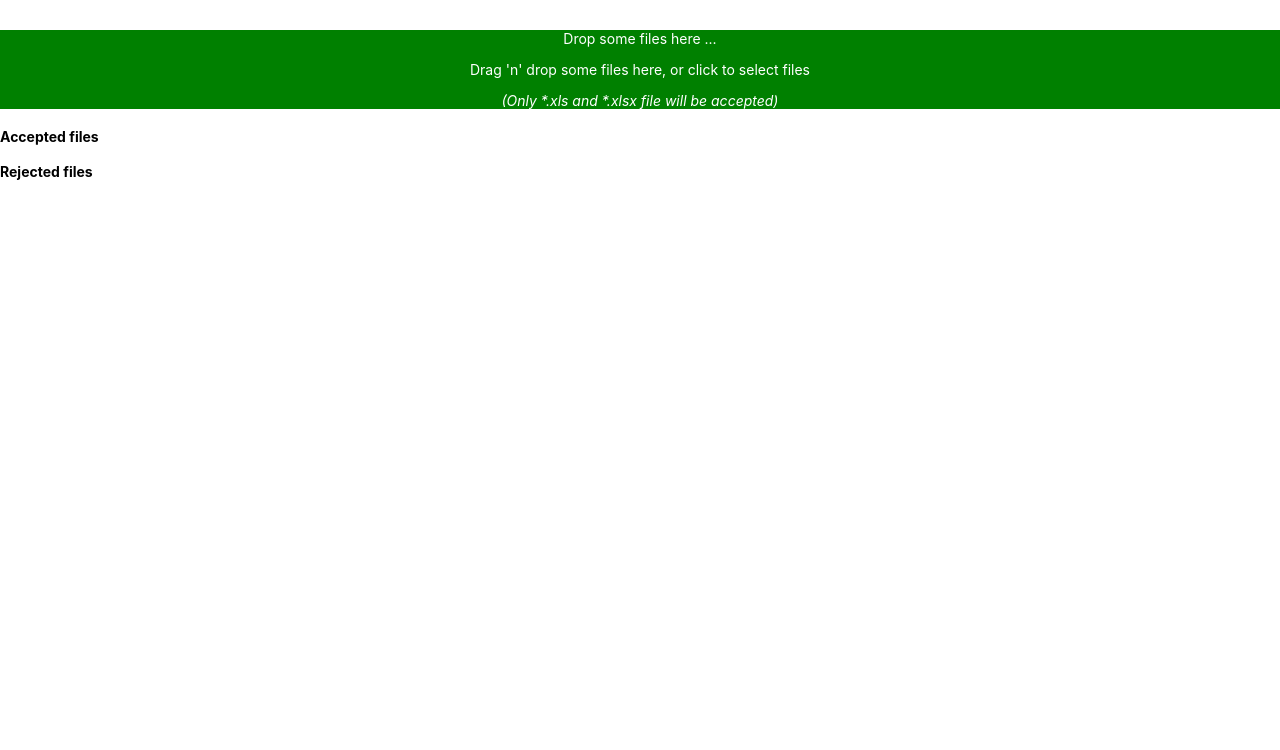
Repository: enigmawxy/abi2020
Page: /
The author's editor kept a copy of each file at every save. The page is drawn from the files as they stood at one save, then again after the next save.
The browser window is 1280 px wide. The pictures show the whole page.
The page's requests for data from a server got no answer. The project was rebuilt for these pictures with package versions that can differ from the ones it lists, and the page was loaded fresh each time. No one was signed in, and anything a server would have sent is missing. Also part of the build but not shown: src/components/login/login.scss, src/components/login/login.jsx, src/common/header.scss, src/common/header.jsx, src/common/footer.scss, src/common/footer.jsx, src/components/register/content.scss, src/components/register/content.jsx and 3 more.

Above is the page before, as saved 2020-08-19 10:42:00.

### src/App.js
import React from 'react';
import './App.css';
import Login from './components/login/login'
import Register from './components/register/register';
import Accept from './common/Accept';
import Previews from './common/Previews'

function App() {
  return (
    <div className="App">
      <Accept/>
    </div>
  );
}

export default App;

### src/common/Accept.jsx
import React, { useState, useEffect } from 'react';
import {useDropzone} from 'react-dropzone';
import './Accept.scss'

function Accept(props) {
  const [uploaded, setUpload] = useState({uploaded: false})
  const [progress, setProgress] = useState({progress: "0%"})
  const [info, setInfo] = useState({info: ""})
  const [curr, setFile] = useState('')
  const [currFile, setCurrFile] = useState(null)

  const {
    acceptedFiles,
    fileRejections,
    getRootProps,
    getInputProps,
    isDragActive,
    isDragAccept,
    isDragReject
  } = useDropzone({
    accept: ".csv,application/vnd.ms-excel,application/vnd.openxmlformats-officedocument.spreadsheetml.sheet"
  });

  useEffect(()=>{
    console.log(curr, currFile)
    let serverURL = "http://localhost:9093/manage/bi/uploadExcelTest"
    const xhr = new XMLHttpRequest();
    const fd = new FormData();
    xhr.onreadystatechange = function() {
      if (xhr.readyState === 4 && xhr.status === 200) {
          console.log(xhr.responseText)
          setInfo(xhr.responseText)
      }
    };

    xhr.upload.addEventListener("progress", function(event) {
      if(event.lengthComputable){
          setProgress(Math.ceil(event.loaded * 100 / event.total) + "%")
      }
    }, false);

    fd.append("file", currFile);
    xhr.open("POST", serverURL, true);
    xhr.send(fd);
  }, [curr])

  const acceptedFileItems = acceptedFiles.map(file => {
    // 上传文件, 下面几行代码是为了解决重复上传的问题，因为拖拽时
    // 这个功能不断被调用，文件都是同一个文件所以使用这两个变量来实现
    // 文件上传的动作在useEffect副作用中执行。
    if(curr == '') {
      setFile(file.name)
      setCurrFile(file)
    }
    else {
      if(curr !== file.name) {
        setFile(file.name)
        setCurrFile(file)
      }
    }

    return (
      <li key={file.path}>
        {file.path} - {file.size} bytes
      </li>
    )
  });

  const fileRejectionItems = fileRejections.map(({ file, errors }) => {
    console.log(file);
    return (
      <li key={file.path}>
        {file.path} - {file.size} bytes
        <ul>
          {errors.map(e => (
            <li key={e.code}>{e.message}</li>
          ))}
        </ul>
      </li>
  )});

  return (
    <section className="container">
      <div {...getRootProps({ className: 'dropzone' })}>
        <input {...getInputProps()} />
        {isDragAccept && (<p>All files will be accepted</p>)}
        {isDragReject && (<p>Some files will be rejected</p>)}
        {!isDragActive && (<p>Drop some files here ...</p>)}
        <p>Drag 'n' drop some files here, or click to select files</p>
        <em>(Only *.xls and *.xlsx file will be accepted)</em>
        {/* <div class="progress-bar">
          <div class="progress"  id="progress" style="{width: ${progress}}"></div>
        </div>
        <p id="info" innerHTML={info}></p> */}
      </div>
      <aside>
        <h4>Accepted files</h4>
        <ul>{acceptedFileItems}</ul>
        <h4>Rejected files</h4>
        <ul>{fileRejectionItems}</ul>
      </aside>
    </section>
  );
}

export default Accept

### src/common/Accept.scss
.container {
    width: 100%;
    height: 300px;
    margin-top: 30px;
    .dropzone {
        background: green;
        text-align: center;
        p, em {
            color: #fff;
        }
    }
}

.progress-bar {
    border: 1px solid #000;
    .progress {
        width: 0;
        background: #DEDEDE;
        height: 20px;
    }
}

Loaded but not shown: src/index.js (common file); src/index.css (common file); src/serviceWorker.js (common file); src/App.css (common file)

After the next save:
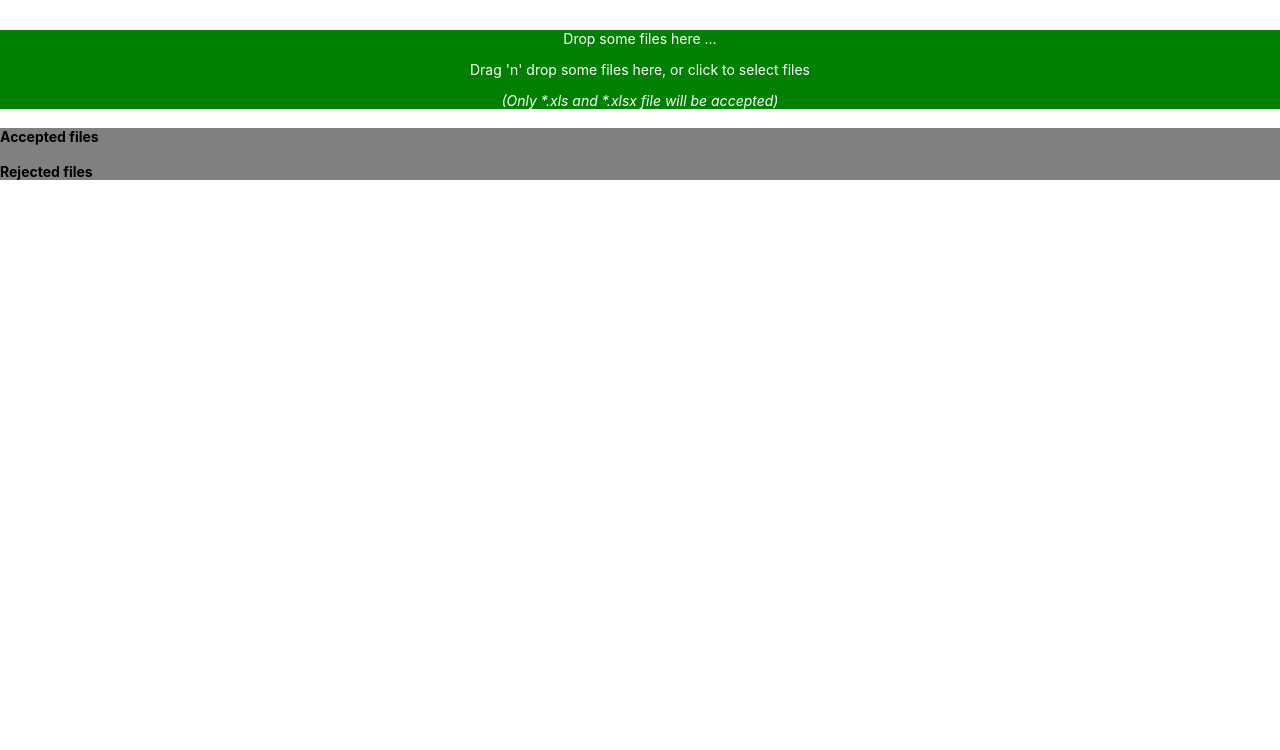
Saved 81 s later.
--- a/src/common/Accept.scss
+++ b/src/common/Accept.scss
@@ -9,6 +9,9 @@
             color: #fff;
         }
     }
+    aside {
+        background: gray;
+    }
 }
 
 .progress-bar {
